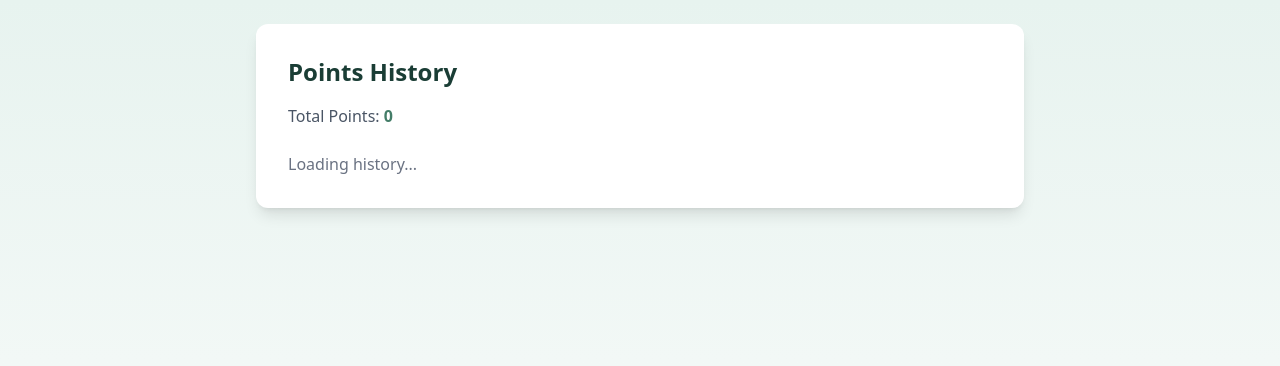
Repository: Swastikkkkk/vv
Page: /user/points (app in OneDrive/Desktop/Yuzichahal/frontend/)
An editor plug-in stored every save of this project. The page is shown before and after the next save, followed by the edit.
The browser window is 1280 px wide. The pictures show the whole page.
The page's requests for data from a server got no answer. The project was rebuilt for these pictures with package versions that can differ from the ones it lists, and the page was loaded fresh each time. No one was signed in, and anything a server would have sent is missing. Also part of the build but not shown: OneDrive/Desktop/Yuzichahal/frontend/vite.config.js, OneDrive/Desktop/Yuzichahal/frontend/src/components/Navbar.jsx, OneDrive/Desktop/Yuzichahal/frontend/src/components/Herosection.jsx, OneDrive/Desktop/Yuzichahal/frontend/src/components/CategoriesSection.jsx, OneDrive/Desktop/Yuzichahal/frontend/src/components/Footer.jsx, OneDrive/Desktop/Yuzichahal/frontend/src/components/LandingPage.jsx, OneDrive/Desktop/Yuzichahal/frontend/src/components/Particles.css, OneDrive/Desktop/Yuzichahal/frontend/src/components/Signup.jsx and 22 more.

Above is the page before, as saved 2025-07-12 15:53:45.

### OneDrive/Desktop/Yuzichahal/frontend/index.html
<!doctype html>
<html lang="en">
  <head>
    <meta charset="UTF-8" />
    <link rel="icon" type="image/svg+xml" href="/vite.svg" />
    <meta name="viewport" content="width=device-width, initial-scale=1.0" />
    <link href="/src/App.css" rel="stylesheet">
    <link href="https://fonts.googleapis.com/css2?family=Inter:wght@400;500;600&display=swap" rel="stylesheet">

    <title>Vite + React</title>
  </head>
  <body>
    <div id="root"></div>
    <script type="module" src="/src/main.jsx"></script>
  </body>
</html>

### OneDrive/Desktop/Yuzichahal/frontend/src/App.jsx

// // src/App.js
// import React from 'react';
// import { BrowserRouter as Router, Routes, Route } from 'react-router-dom';
// import MyProducts from './components/user/MyProducts'; // ✅ NEW
// // Public Pages
// import LandingPage from './components/LandingPage';
// import Signup from './components/Signup';
// import Login from './components/Login';

// // User Dashboard Pages
// import UserDashboard from './components/user/UserDashboard';
// import AddListing from './components/user/AddListing';
// import PointsHistory from './components/user/PointsHistory';
// import ProfileDashboard from './components/user/ProfileDashboard'; // ✅ Import this
// // Admin Dashboard Page
// import AdminDashboard from './components/admin/AdminDashboard';

// // Shared Pages
// import ProductDetail from './components/ProductDetail';
// import NotFound from './components/NotFound';

// const App = () => {
//   return (
//     <Router>
//       <Routes>
//         {/* 🌐 Public Routes */}
//         <Route path="/" element={<LandingPage />} />
//         <Route path="/signup" element={<Signup />} />
//         <Route path="/login" element={<Login />} />

//         {/* 👤 User Routes */}
//         <Route path="/user" element={<UserDashboard />} />
//         <Route path="/user/add" element={<AddListing />} />
//         <Route path="/user/points" element={<PointsHistory />} />
// <Route path="/user/profile" element={<ProfileDashboard />} />
//         {/* 🛠 Admin Routes */}
//         <Route path="/user/my-products" element={<MyProducts userEmail="user@example.com" />} />
//         <Route path="/admin" element={<AdminDashboard />} />

//         {/* 🔁 Shared Routes */}
//         <Route path="/product/:productId" element={<ProductDetail />} />

//         {/* ❌ 404 Page */}
//         <Route path="*" element={<NotFound />} />
//       </Routes>
//     </Router>
//   );
// };

// export default App;
// src/App.js
import React from 'react';
import { BrowserRouter as Router, Routes, Route } from 'react-router-dom';
import { AuthProvider } from './AuthContext'; // ✅ Import context

// Public Pages
import LandingPage from './components/LandingPage';
import Signup from './components/Signup';
import Login from './components/Login';

// User Dashboard Pages
import UserDashboard from './components/user/UserDashboard';
import AddListing from './components/user/AddListing';
import PointsHistory from './components/user/PointsHistory';
import ProfileDashboard from './components/user/ProfileDashboard';
import MyProducts from './components/user/MyProducts';
import CategoryProducts from './components/CategoryProducts'; // 🆕
// Admin Dashboard Page
import AdminDashboard from './components/admin/AdminDashboard';

// Shared Pages
import ProductDetail from './components/ProductDetail';
import NotFound from './components/NotFound';

const App = () => {
  return (
    <AuthProvider>
      <Router>
        <Routes>
          {/* 🌐 Public Routes */}
          <Route path="/" element={<LandingPage />} />
          <Route path="/signup" element={<Signup />} />
          <Route path="/login" element={<Login />} />

          {/* 👤 User Routes */}
          <Route path="/user" element={<UserDashboard />} />
          <Route path="/user/add" element={<AddListing />} />
          <Route path="/user/points" element={<PointsHistory />} />
          <Route path="/user/profile" element={<ProfileDashboard />} />
          <Route path="/user/my-products" element={<MyProducts />} />

          {/* 🛠 Admin Routes */}
          <Route path="/admin-dashboard" element={<AdminDashboard />} />

          {/* 🔁 Shared Routes */}
          <Route path="/product/:productId" element={<ProductDetail />} />
<Route path="/category/:categoryName" element={<CategoryProducts />} />
          {/* ❌ 404 Page */}
          <Route path="*" element={<NotFound />} />
        </Routes>
      </Router>
    </AuthProvider>
  );
};

export default App;

### OneDrive/Desktop/Yuzichahal/frontend/src/AuthContext.jsx
// src/AuthContext.js
import React, { createContext, useEffect, useState } from 'react';
import { onAuthStateChanged } from 'firebase/auth';
import { auth } from './components/FirebaseConfig'; // Adjust path as needed

export const AuthContext = createContext();

export const AuthProvider = ({ children }) => {
  const [user, setUser] = useState(null);
  const [authLoading, setAuthLoading] = useState(true);

  useEffect(() => {
    const unsubscribe = onAuthStateChanged(auth, (firebaseUser) => {
      setUser(firebaseUser);
      setAuthLoading(false);
    });

    return () => unsubscribe(); // Clean up listener
  }, []);

  return (
    <AuthContext.Provider value={{ user, authLoading }}>
      {children}
    </AuthContext.Provider>
  );
};
export default AuthProvider;

### OneDrive/Desktop/Yuzichahal/frontend/src/components/user/PointsHistory.jsx
import React, { useEffect, useState } from 'react';
import { doc, onSnapshot } from 'firebase/firestore';
import { db } from '../FirebaseConfig';
import { format } from 'date-fns';

const PointsHistory = ({ userId }) => {
  const [pointsLog, setPointsLog] = useState([]);
  const [totalPoints, setTotalPoints] = useState(0);
  const [loading, setLoading] = useState(true);

  useEffect(() => {
    if (!userId) return;

    const userRef = doc(db, 'users', userId);

    const unsubscribe = onSnapshot(
      userRef,
      (docSnap) => {
        if (docSnap.exists()) {
          const data = docSnap.data();
          setPointsLog(data.pointsLog || []);
          setTotalPoints(data.points || 0);
          setLoading(false);
        } else {
          console.warn('User not found');
          setLoading(false);
        }
      },
      (error) => {
        console.error('Error listening to points:', error);
        setLoading(false);
      }
    );

    return () => unsubscribe();
  }, [userId]);

  const sortedLog = [...pointsLog].sort(
    (a, b) => new Date(b.timestamp) - new Date(a.timestamp)
  );

  return (
    <div className="min-h-screen p-6 bg-gradient-to-b from-[#e7f3ef] to-[#fdfdfd]">
      <div className="max-w-3xl mx-auto bg-white p-8 rounded-xl shadow-lg">
        <h2 className="text-2xl font-bold text-[#1a3d35] mb-4">Points History</h2>
        <p className="text-gray-600 mb-6">
          Total Points:{' '}
          <span className="font-semibold text-[#447d68]">{totalPoints}</span>
        </p>

        {loading ? (
          <p className="text-gray-500">Loading history...</p>
        ) : sortedLog.length === 0 ? (
          <p className="text-gray-400">No points activity yet.</p>
        ) : (
          <div className="relative border-l-2 border-[#447d68] pl-6">
            {sortedLog.map((entry, index) => (
              <div key={index} className="mb-8 relative">
                <div className="absolute -left-[14px] top-[2px] w-3 h-3 bg-[#447d68] rounded-full"></div>
                <div className="bg-[#f8fdfc] p-4 rounded-lg shadow-sm">
                  <p className="text-sm text-gray-500 mb-1">
                    {format(new Date(entry.timestamp), 'PPpp')}
                  </p>
                  <p className="text-md">
                    <span
                      className={`font-semibold ${
                        entry.points > 0 ? 'text-green-600' : 'text-red-600'
                      }`}
                    >
                      {entry.points > 0 ? `+${entry.points}` : entry.points} points
                    </span>{' '}
                    – {entry.reason}
                  </p>
                </div>
              </div>
            ))}
          </div>
        )}
      </div>
    </div>
  );
};

export default PointsHistory;

### OneDrive/Desktop/Yuzichahal/frontend/src/components/FirebaseConfig.js
// src/FirebaseConfig.js
import { initializeApp } from 'firebase/app';
import { getAnalytics } from 'firebase/analytics';
import { getAuth, GoogleAuthProvider } from 'firebase/auth';
import { getFirestore } from 'firebase/firestore';
import { getStorage } from 'firebase/storage';

// Config
const firebaseConfig = {
  apiKey: "AIzaSyCfGxeGR5E-H5ednofZVQK85fTKMewrvuU",
  authDomain: "rewear-ebe94.firebaseapp.com",
  projectId: "rewear-ebe94",
  storageBucket: "rewear-ebe94.firebasestorage.app",
  messagingSenderId: "1070415208966",
  appId: "1:1070415208966:web:af46830fdb613f2e221987",
  measurementId: "G-LRX3WGT1DE"
};

// Initialize
const app = initializeApp(firebaseConfig);
getAnalytics(app);

export const auth = getAuth(app);
export const db = getFirestore(app);
export const storage = getStorage(app);
export const googleProvider = new GoogleAuthProvider();

### OneDrive/Desktop/Yuzichahal/frontend/src/components/ImpactSection.jsx
// // import React from 'react';
// // import CountUp from 'react-countup';
// // import { FaTint, FaPeopleCarry, FaLeaf } from 'react-icons/fa';

// // const impacts = [
// //   {
// //     icon: <FaTint className="text-[#2b7a78] text-5xl mb-4" />,
// //     label: 'Liters of Water Saved',
// //     value: 20000,
// //     suffix: 'L',
// //     color: 'text-[#2b7a78]',
// //   },
// //   {
// //     icon: <FaPeopleCarry className="text-[#3a506b] text-5xl mb-4" />,
// //     label: 'People Helped',
// //     value: 500,
// //     suffix: '+',
// //     color: 'text-[#3a506b]',
// //   },
// //   {
// //     icon: <FaLeaf className="text-[#519872] text-5xl mb-4" />,
// //     label: 'Environmental Wins',
// //     value: 120,
// //     suffix: '+',
// //     color: 'text-[#519872]',
// //   },
// // ];

// // const ImpactSection = () => {
// //   return (
// //     <section className="bg-white py-20 px-4 w-full">
// //       <div className="max-w-6xl mx-auto text-center">
// //         <h2 className="text-4xl font-bold text-[#1a3d35] mb-12">Our Impact So Far</h2>

// //         <div className="grid grid-cols-1 md:grid-cols-3 gap-8">
// //           {impacts.map((impact, index) => (
// //             <div
// //               key={index}
// //               className="bg-[#f0f4f3] rounded-2xl p-8 shadow-md hover:shadow-xl transition duration-300"
// //             >
// //               <div className="flex justify-center">{impact.icon}</div>
// //               <h3 className={`text-3xl font-bold mt-4 ${impact.color}`}>
// //                 <CountUp end={impact.value} duration={2} />{impact.suffix}
// //               </h3>
// //               <p className="mt-2 text-[#1a3d35] font-medium">{impact.label}</p>
// //             </div>
// //           ))}
// //         </div>
// //       </div>
// //     </section>
// //   );
// // };

// // export default ImpactSection;
// import React from 'react';
// import CountUp from 'react-countup';
// import { FaTint, FaPeopleCarry, FaLeaf, FaGlobeAmericas } from 'react-icons/fa';

// const impacts = [
//   {
//     icon: <FaTint className="text-blue-500 text-6xl mb-4 drop-shadow-md" />,
//     label: 'Liters of Water Saved',
//     value: 20000,
//     suffix: 'L',
//     color: 'text-blue-600',
//   },
//   {
//     icon: <FaPeopleCarry className="text-yellow-600 text-6xl mb-4 drop-shadow-md" />,
//     label: 'People Helped',
//     value: 500,
//     suffix: '+',
//     color: 'text-yellow-700',
//   },
//   {
//     icon: <FaLeaf className="text-green-600 text-6xl mb-4 drop-shadow-md" />,
//     label: 'Environmental Wins',
//     value: 120,
//     suffix: '+',
//     color: 'text-green-700',
//   },
// ];

// const ImpactSection = () => {
//   return (
//     <section className="relative bg-gradient-to-br from-[#e0f7ec] to-[#f1f8f6] py-20 px-4 w-full overflow-hidden">
//       <div className="max-w-6xl mx-auto text-center relative z-10">
//         <h2 className="text-4xl md:text-5xl font-extrabold text-[#1a3d35] mb-4 tracking-tight">
//           Our Impact So Far
//         </h2>
//         <p className="text-lg md:text-xl text-gray-600 mb-12 max-w-2xl mx-auto">
//           Every small action makes a big difference. Here's what our community has achieved together.
//         </p>

//         <div className="grid grid-cols-1 md:grid-cols-3 gap-8">
//           {impacts.map((impact, index) => (
//             <div
//               key={index}
//               className="bg-white rounded-2xl p-8 shadow-lg hover:shadow-xl transition duration-300 transform hover:scale-[1.03]"
//             >
//               <div className="flex justify-center">{impact.icon}</div>
//               <h3 className={`text-4xl font-bold mt-4 ${impact.color}`}>
//                 <CountUp end={impact.value} duration={2} />{impact.suffix}
//               </h3>
//               <p className="mt-2 text-[#1a3d35] font-medium text-lg">{impact.label}</p>
//             </div>
//           ))}
//         </div>

//         {/* Earth call to action */}
//         <div className="mt-20 text-center flex flex-col items-center justify-center">
//           <FaGlobeAmericas className="text-[#1a3d35] text-7xl mb-4 animate-pulse" />
//           <h3 className="text-3xl md:text-4xl font-bold text-[#1a3d35]">
//             You’re Helping Save the 🌍
//           </h3>
//           <p className="mt-4 text-gray-600 text-lg max-w-xl">
//             With every item reused or donated, we reduce waste, save water, and take one step closer to a greener future.
//           </p>
//           <button className="mt-6 bg-[#447d68] text-white px-8 py-3 rounded-full text-lg font-semibold hover:bg-[#366755] transition-all duration-300 shadow-md">
//             Contribute to the Cause
//           </button>
//         </div>
//       </div>

//       {/* Soft background globe */}
//       <div className="absolute bottom-0 right-0 opacity-10 z-0">
//         <FaGlobeAmericas className="text-[250px] text-green-500" />
//       </div>
//     </section>
//   );
// };

// export default ImpactSection;
import React from 'react';
import CountUp from 'react-countup';
import { FaTint, FaPeopleCarry, FaExchangeAlt, FaGlobeAmericas } from 'react-icons/fa';
import { useNavigate } from 'react-router-dom';

const impacts = [
  {
    icon: <FaTint className="text-blue-500 text-6xl mb-4 drop-shadow-md" />,
    label: 'Water Saved',
    value: 20000,
    suffix: 'L',
    color: 'text-blue-600',
    description: 'Liters of water saved through reused fashion',
  },
  {
    icon: <FaPeopleCarry className="text-yellow-600 text-6xl mb-4 drop-shadow-md" />,
    label: 'People Helped',
    value: 2000,
    suffix: '+',
    color: 'text-yellow-700',
    description: 'Lives touched through sustainable choices',
  },
  {
    icon: <FaExchangeAlt className="text-green-600 text-6xl mb-4 drop-shadow-md" />,
    label: 'Exchanges Made',
    value: 1050,
    suffix: '+',
    color: 'text-green-700',
    description: 'Successful item exchanges across categories',
  },
];

const ImpactSection = () => {
  const navigate = useNavigate();

  return (
    <section className="relative bg-gradient-to-br from-[#e6f7f2] to-[#f4faf7] py-20 px-4 w-full overflow-hidden font-sans">
      <div className="max-w-6xl mx-auto text-center relative z-10">
        <h2 className="text-4xl md:text-5xl font-extrabold text-[#1a3d35] mb-4 tracking-tight">
          Our Collective Impact
        </h2>
        <p className="text-lg md:text-xl text-gray-600 mb-12 max-w-2xl mx-auto">
          Your small contributions are driving massive environmental change. Here's what we've achieved together.
        </p>

        <div className="grid grid-cols-1 md:grid-cols-3 gap-8">
          {impacts.map((impact, index) => (
            <div
              key={index}
              className="bg-white rounded-2xl p-8 shadow-md hover:shadow-xl transition duration-300 transform hover:scale-[1.03]"
            >
              <div className="flex justify-center">{impact.icon}</div>
              <h3 className={`text-4xl font-bold mt-4 ${impact.color}`}>
                <CountUp end={impact.value} duration={2} />{impact.suffix}
              </h3>
              <p className="mt-1 text-xl font-semibold text-[#1a3d35]">{impact.label}</p>
              <p className="mt-2 text-gray-500 text-sm">{impact.description}</p>
            </div>
          ))}
        </div>

        {/* Earth call to action */}
        <div className="mt-20 text-center flex flex-col items-center justify-center">
          <FaGlobeAmericas className="text-[#1a3d35] text-7xl mb-4 animate-pulse" />
          <h3 className="text-3xl md:text-4xl font-bold text-[#1a3d35] leading-snug">
            Be a part of the movement to save our planet 🌍
          </h3>
          <p className="mt-4 text-gray-600 text-lg max-w-xl">
            Every item you share or receive reduces waste and brings us one step closer to a sustainable future.
          </p>
          <button
            onClick={() => navigate('/signup')}
            className="mt-6 bg-[#447d68] text-white px-8 py-3 rounded-full text-lg font-semibold hover:bg-[#366755] transition-all duration-300 shadow-md"
          >
            Contribute to the Cause
          </button>
        </div>
      </div>

      {/* Soft background globe */}
      <div className="absolute bottom-0 right-0 opacity-10 z-0">
        <FaGlobeAmericas className="text-[250px] text-green-500" />
      </div>
    </section>
  );
};

export default ImpactSection;

Loaded but not shown: OneDrive/Desktop/Yuzichahal/frontend/src/App.css (common file); OneDrive/Desktop/Yuzichahal/frontend/src/main.jsx (common file)

After the next save:
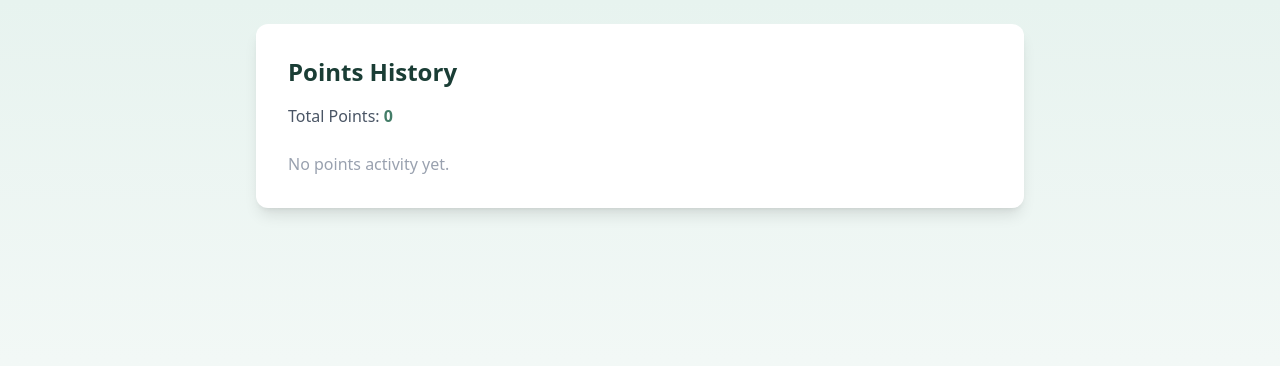
Saved 2 min 47 s later.
--- a/OneDrive/Desktop/Yuzichahal/frontend/src/components/user/PointsHistory.jsx
+++ b/OneDrive/Desktop/Yuzichahal/frontend/src/components/user/PointsHistory.jsx
@@ -2,32 +2,39 @@ import React, { useEffect, useState } from 'react';
 import { doc, onSnapshot } from 'firebase/firestore';
 import { db } from '../FirebaseConfig';
 import { format } from 'date-fns';
+import { getAuth } from 'firebase/auth';
 
-const PointsHistory = ({ userId }) => {
+const PointsHistory = ({ userId: propUserId }) => {
   const [pointsLog, setPointsLog] = useState([]);
   const [totalPoints, setTotalPoints] = useState(0);
   const [loading, setLoading] = useState(true);
 
+  const auth = getAuth();
+  const userId = propUserId || auth.currentUser?.uid;
+
   useEffect(() => {
-    if (!userId) return;
+    if (!userId) {
+      console.warn('User ID not available');
+      setLoading(false);
+      return;
+    }
 
     const userRef = doc(db, 'users', userId);
-
     const unsubscribe = onSnapshot(
       userRef,
       (docSnap) => {
         if (docSnap.exists()) {
           const data = docSnap.data();
-          setPointsLog(data.pointsLog || []);
-          setTotalPoints(data.points || 0);
-          setLoading(false);
+
+          setPointsLog(Array.isArray(data.pointsLog) ? data.pointsLog : []);
+          setTotalPoints(typeof data.points === 'number' ? data.points : 0);
         } else {
           console.warn('User not found');
-          setLoading(false);
         }
+        setLoading(false);
       },
       (error) => {
-        console.error('Error listening to points:', error);
+        console.error('Error fetching points log:', error);
         setLoading(false);
       }
     );
@@ -35,13 +42,15 @@ const PointsHistory = ({ userId }) => {
     return () => unsubscribe();
   }, [userId]);
 
-  const sortedLog = [...pointsLog].sort(
-    (a, b) => new Date(b.timestamp) - new Date(a.timestamp)
-  );
+  const sortedLog = [...pointsLog].sort((a, b) => {
+    const timeA = new Date(a.timestamp).getTime();
+    const timeB = new Date(b.timestamp).getTime();
+    return timeB - timeA;
+  });
 
   return (
     <div className="min-h-screen p-6 bg-gradient-to-b from-[#e7f3ef] to-[#fdfdfd]">
-      <div className="max-w-3xl mx-auto bg-white p-8 rounded-xl shadow-lg">
+      <div className="max-w-3xl mx-auto bg-white p-8 rounded-xl shadow-lg transition-all">
         <h2 className="text-2xl font-bold text-[#1a3d35] mb-4">Points History</h2>
         <p className="text-gray-600 mb-6">
           Total Points:{' '}
@@ -49,17 +58,19 @@ const PointsHistory = ({ userId }) => {
         </p>
 
         {loading ? (
-          <p className="text-gray-500">Loading history...</p>
+          <p className="text-gray-500 animate-pulse">Loading history...</p>
         ) : sortedLog.length === 0 ? (
           <p className="text-gray-400">No points activity yet.</p>
         ) : (
           <div className="relative border-l-2 border-[#447d68] pl-6">
             {sortedLog.map((entry, index) => (
               <div key={index} className="mb-8 relative">
-                <div className="absolute -left-[14px] top-[2px] w-3 h-3 bg-[#447d68] rounded-full"></div>
+                <div className="absolute -left-[14px] top-[2px] w-3 h-3 bg-[#447d68] rounded-full animate-ping" />
                 <div className="bg-[#f8fdfc] p-4 rounded-lg shadow-sm">
                   <p className="text-sm text-gray-500 mb-1">
-                    {format(new Date(entry.timestamp), 'PPpp')}
+                    {entry.timestamp
+                      ? format(new Date(entry.timestamp), 'PPpp')
+                      : 'Unknown Date'}
                   </p>
                   <p className="text-md">
                     <span
@@ -69,7 +80,7 @@ const PointsHistory = ({ userId }) => {
                     >
                       {entry.points > 0 ? `+${entry.points}` : entry.points} points
                     </span>{' '}
-                    – {entry.reason}
+                    – {entry.reason || 'No reason given'}
                   </p>
                 </div>
               </div>
